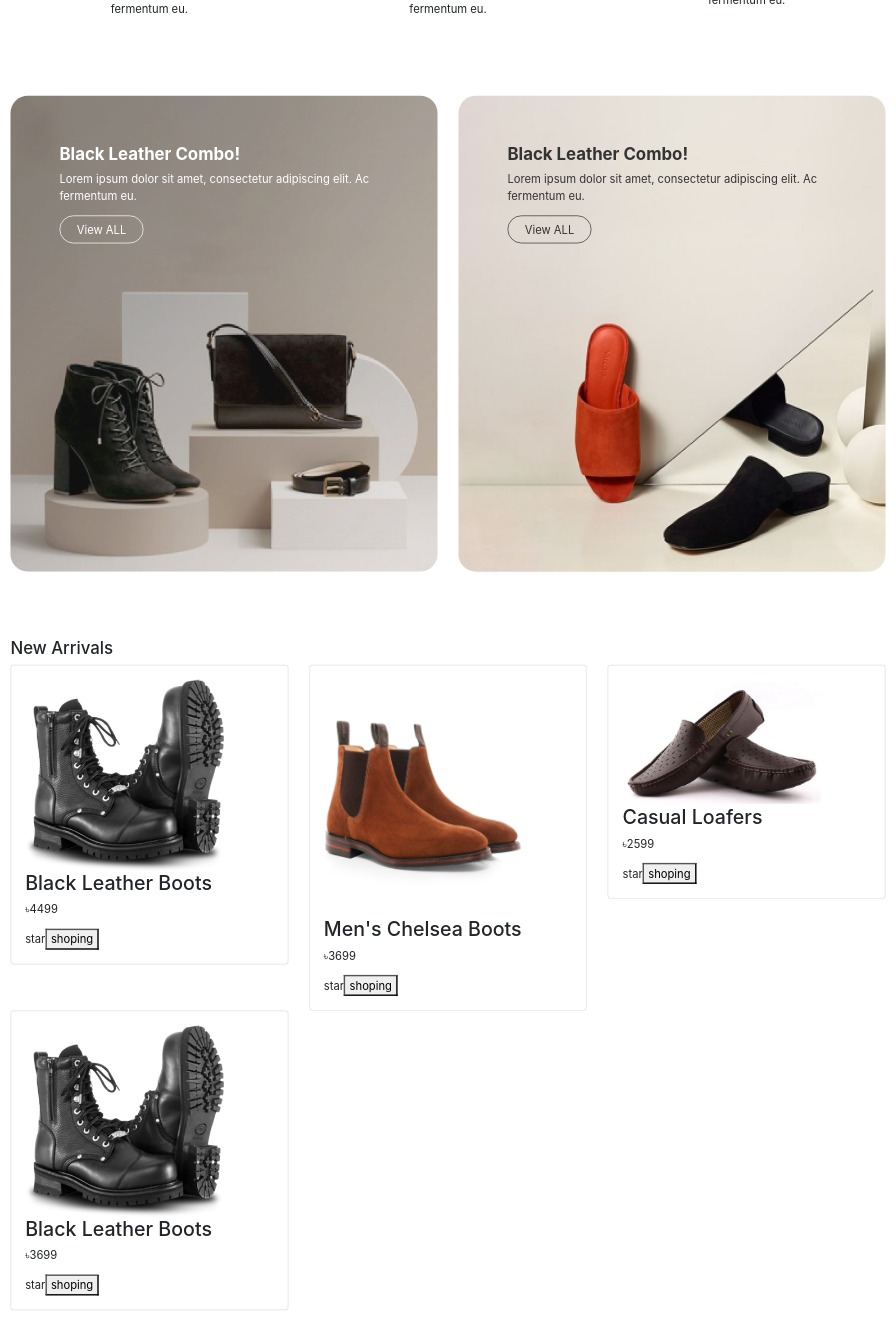
Repository: arif286/fashion-house
Page: /
An editor plug-in stored every save of this project. The page is shown before and after the next save, followed by the edit.
The browser window is 1280 px wide. The pictures show the part of the page from y = 944 to 2864 px (the page is 2864 px tall before and 2617 px after), at 70% of full size.
The project was rebuilt for these pictures with package versions that can differ from the ones it lists, and the page was loaded fresh each time. The framework's server and built-in components were replaced by stand-ins that run in the browser. Also part of the build but not shown: nuxt.config.js, components/Contact.vue, components/DisplayCollection.vue, components/Footer.vue, components/NuxtLogo.vue, components/Tutorial.vue.

Above is the page before, as saved 2021-07-12 06:31:18.

After the next save:
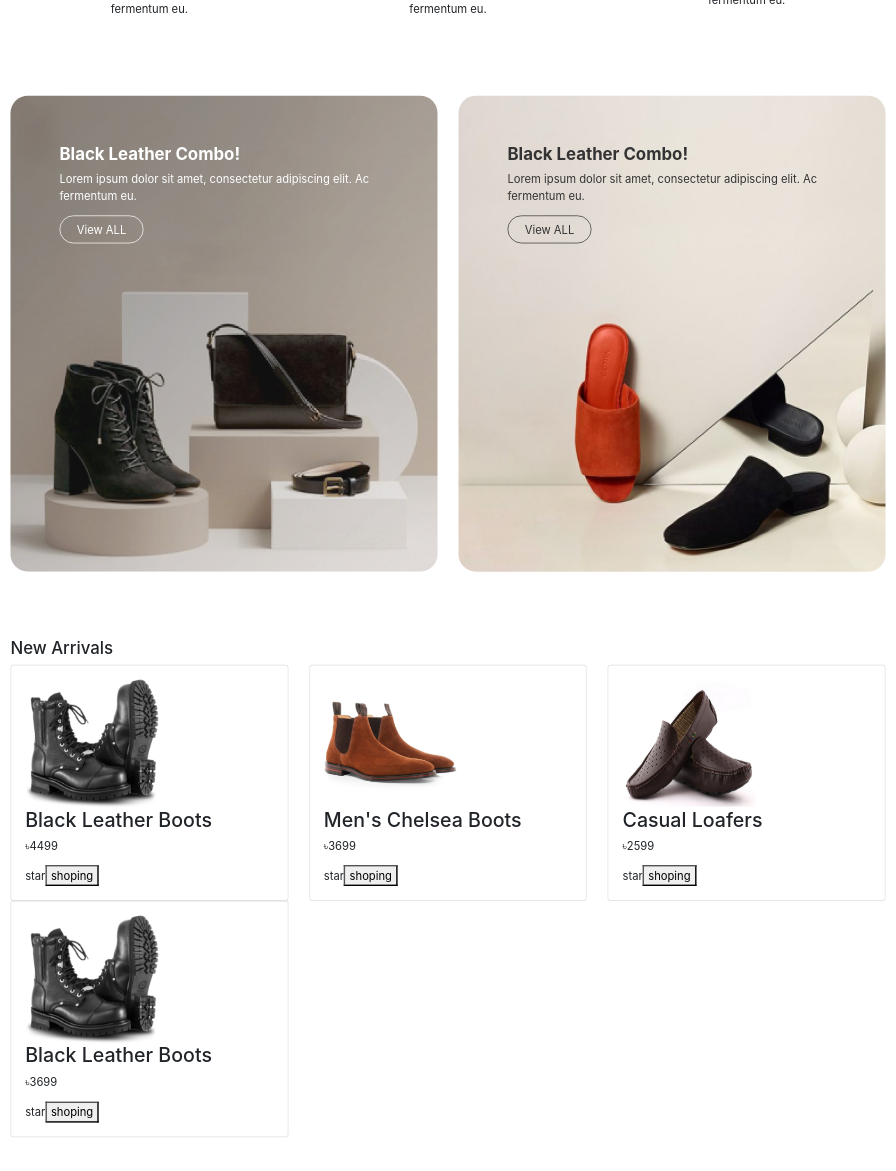
Saved 42 s later.
--- a/components/Products.vue
+++ b/components/Products.vue
@@ -44,6 +44,7 @@ export default {
 
 <style>
 .product-img {
-  width: 80%;
+  width: 190px;
+  height: 184px;
 }
 </style>
